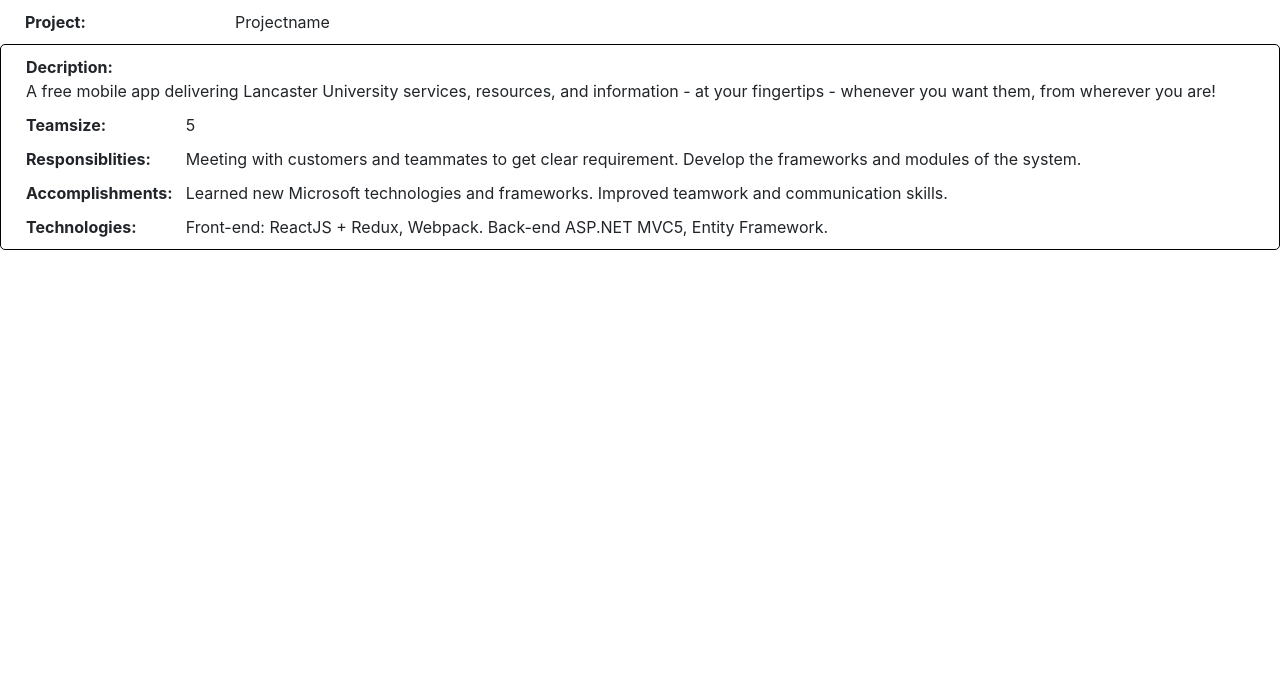
Repository: khoibanh113/mycv
Page: /
The author's editor kept a copy of each file at every save. The page is drawn from the files as they stood at one save, then again after the next save.
The browser window is 1280 px wide. The pictures show the whole page.
The project was rebuilt for these pictures with package versions that can differ from the ones it lists, and the page was loaded fresh each time. Also part of the build but not shown: src/component/study.js.

Above is the page before, as saved 2021-03-31 14:12:33.

### src/App.js
import React,{Component} from 'react'
import Avatar from './component/avatar'
import AvaImg from './image/avatar.jpg'
import Contact from './component/contact'
import Study from './component/study'
import Experience from './component/experience'
class App extends Component {
  render(){
    return (
      <div className="App">
        {/* <Avatar img={AvaImg} />
        <Contact
          name='Nguyen Vo Hoang Khoi'
          location='Ho Chi Minh, Viet Nam'
          phone='0123456789'
          email='abc@gmail.com'
          linkedin='LinkedIN'
        /> */}
        <Experience />


      </div>
    );
  }
}

export default App;

### src/component/experience.js
import {Component} from 'react'
import 'bootstrap/dist/css/bootstrap.min.css';
import '../css/experience.css'
class experience extends Component{


    render(){
        return(
            <div >
                <div className="row row-experience">
                    <b className="col-2">Project:</b>
                    <span className="col">Projectname</span>
                    <div className="detail-content">

                    </div>

                </div>
                <div className='container-experience'>
                    <div className="row row-experience">
                        <b className="col-2 col-item">Decription:</b>
                        <div className="detail-content">
                            <span className="col">
                            A free mobile app delivering Lancaster University services, resources, and information - at your fingertips - whenever you want them, from wherever you are!
                            </span>
                        </div>


                    </div>
                    <div className="row row-experience">
                        <b className="col-2 col-item">Teamsize:</b>
                        <span className="col">5</span>
                    </div>
                    <div className="row row-experience">
                        <b className="col-2 col-item">Responsiblities:</b>
                        <span className="col">Meeting with customers and teammates to get clear requirement. Develop the frameworks and modules of the system.</span>
                    </div>
                    <div className="row row-experience">
                        <b className="col-2 col-item">Accomplishments:</b>
                        <span className="col">Learned new Microsoft technologies and frameworks. Improved teamwork and communication skills.</span>
                    </div>
                    <div className="row row-experience">
                        <b className="col-2 col-item">Technologies:</b>
                        <span className="col">Front-end: ReactJS + Redux, Webpack. Back-end ASP.NET MVC5, Entity Framework.</span>
                    </div>
                </div>


                {/* <li className='row row-experience'>
                    <b className="col">Project:</b>
                    <span className="col">Projectname</span>
                </li>
                <li className='row row-experience'>
                    <b className="col">Decription:</b>
                    <span className="col">
                    A free mobile app delivering Lancaster University services, resources, and information - at your fingertips - whenever you want them, from wherever you are!
                    </span>
                </li>
                <li className='row row-experience'>
                    <b className="col">Teamsize:</b>
                    <span className="col">5</span>
                </li>
                <li className='row row-experience'>
                    <b className="col">Responsiblities:</b>
                    <span className="col">Meeting with customers and teammates to get clear requirement. Develop the frameworks and modules of the system.</span>
                </li>
                <li className='row row-experience'>
                    <b className="col">Accomplishments:</b>
                    <span className="col">Learned new Microsoft technologies and frameworks. Improved teamwork and communication skills.</span>
                </li>
                <li className='row row-experience'>
                    <b className="col">Technologies:</b>
                    <span className="col">Front-end: ReactJS + Redux, Webpack. Back-end ASP.NET MVC5, Entity Framework.</span>
                </li> */}


            </div>
        )
    }
}

export default experience;

### src/css/experience.css
.container-experience{
    max-width: fit-content;
    border: 1px solid black;
    border-radius: 5px;
}
.row-experience{
    margin: 10px;
}
.col-item{
    padding-right: 0px;
    margin-right: -50px;
}

### src/component/avatar.js
import React from 'react'
import '../css/avatar.css'

class avatar extends React.Component {
    constructor(props){
        super(props);
        this.image = props.img;
    }

  render(){
    return (
        <div className="avaContainer">
          <img src={this.image} alt="this is your avatar" />s
        </div>
    );
  }
}

export default avatar;

### src/component/contact.js
import  {Component} from 'react'
import '../../node_modules/font-awesome/css/font-awesome.min.css';
import 'bootstrap/dist/css/bootstrap.min.css';
import '../css/contact.css'

class contact extends Component{
    constructor(props){
        super(props);
        this.location = props.location;
        this.phone = props.phone;
        this.email = props.email;
        this.linkedin = props.linkedin;
    }



    render(){
        return(
            <div className="container-contact">

                <div class="row row-contact">
                        <div className="col-1 icon-contact">
                            <li className="fa fa-map-marker"></li>
                        </div>
                        <div className="col detail-contact">
                            <span>{this.location}</span>
                        </div>
                </div>
                <div class="row row-contact">
                    <div className="col-1 icon-contact">
                        <li className="fa fa-mobile" ></li>
                    </div>
                    <div className="col detail-contact">
                        <span>{this.phone}</span>
                    </div>
                </div>
                <div className="row row-contact">
                    <div className="col-1 icon-contact">
                        <li className="fa fa-envelope"></li>
                    </div>
                    <div class="col  detail-contact">
                        <span>{this.email}</span>
                    </div>
                </div>
                <div className="row row-contact">
                    <div className="col-1 icon-contact">
                        <li className="fa fa-linkedin"></li>
                    </div>
                    <div className="col  detail-contact">
                        <a href={this.linkedin} >{this.linkedin}</a>
                    </div>
                </div>

            </div>

        )
    }
}

export default contact;

### src/css/avatar.css

.avaContainer img {
    height: 100%;
    width: 100%;
    border-radius: 100px;
}
.avaContainer{
    height: 200px;
    width: 200px;

}

.nameContainer{
    text-align: center;
}

### src/css/contact.css
.row-contact{
    padding: 10px 0px 10px 30px;
}
.detail-contact{
    width: 200px;
}
.icon-contact{
    padding: 0px 0px;
    max-width: 10px;

}
.container-contact{
    max-width: fit-content;
    /* width: fit-content; */
    border: 1px solid black;
    border-radius: 5px;
}

Loaded but not shown: public/index.html (common file); src/index.js (common file); src/index.css (common file); src/reportWebVitals.js (common file)

After the next save:
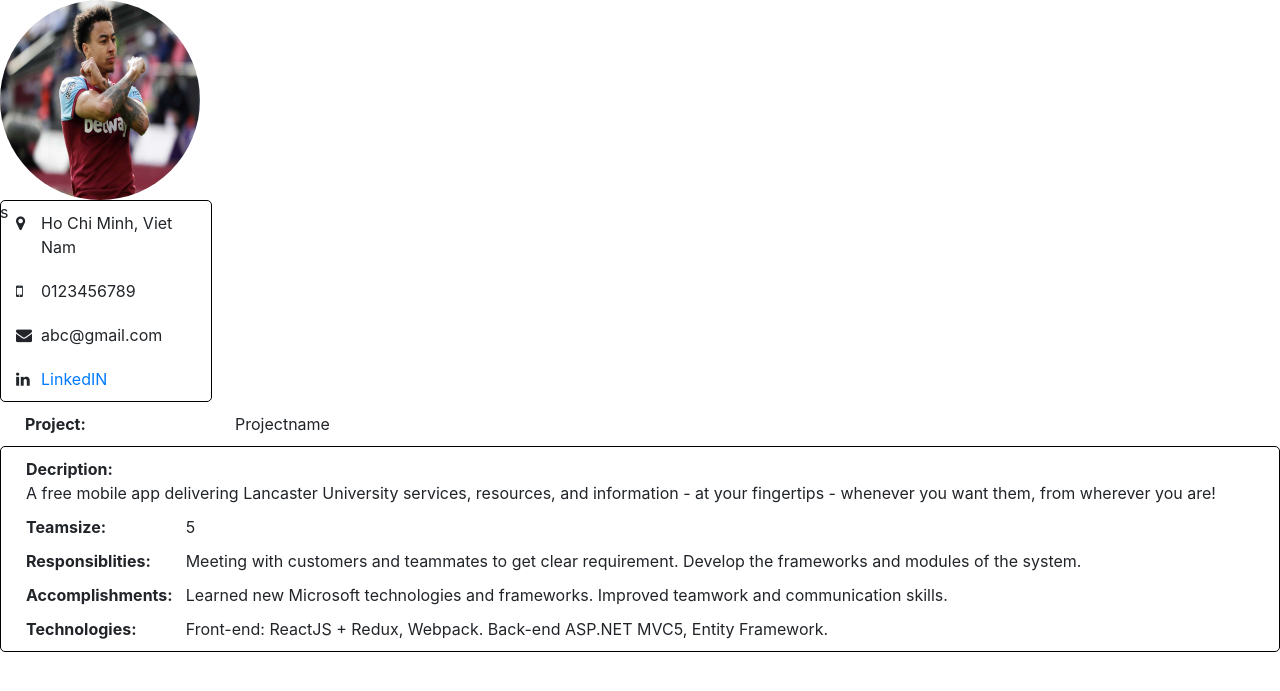
Saved 2 min 25 s later.
--- a/src/App.js
+++ b/src/App.js
@@ -8,14 +8,14 @@
   render(){
     return (
       <div className="App">
-        {/* <Avatar img={AvaImg} />
+        <Avatar img={AvaImg} />
         <Contact
           name='Nguyen Vo Hoang Khoi'
           location='Ho Chi Minh, Viet Nam'
           phone='0123456789'
           email='abc@gmail.com'
           linkedin='LinkedIN'
-        /> */}
+        />
         <Experience />
 
 
